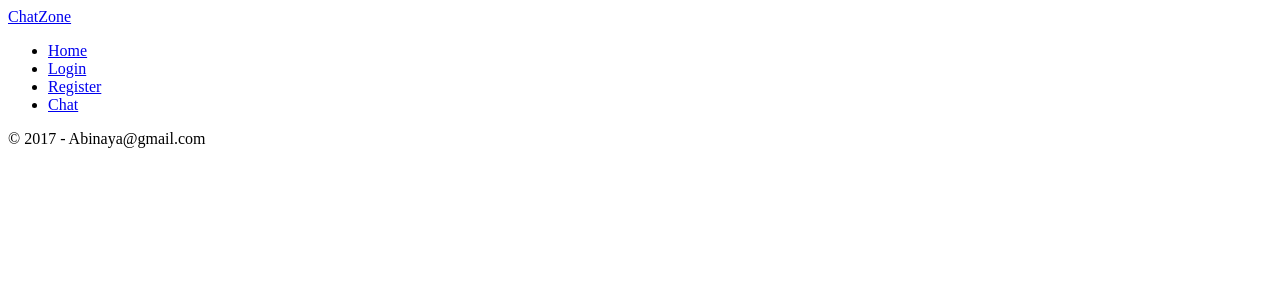
Repository: Abinayasivapraba/Finoculus
Page: LetzChat/WebContent/Home/Header.html
An editor plug-in stored every save of this project. The page is shown before and after the next save, followed by the edit.
The browser window is 1280 px wide. The pictures show the whole page.

Above is the page before, as saved 2017-08-06 14:31:26.

### LetzChat/WebContent/Home/Header.html
<!DOCTYPE html>
<html>
<head>
<meta charset="ISO-8859-1">
<title>Insert title here</title>
</head>
<body>

<nav class="navbar navbar-inverse">
  <div class="container-fluid">
    <div class="navbar-header">
      <a class="navbar-brand" href="#">ChatZone</a>
    </div>
    <ul class="nav navbar-nav">
      <li class="active"><a href="#/home">Home</a></li>
      <li ng-hide="currentuser.id"><a href="#/login">Login</a></li>

      <li><a href="#/goRegister">Register</a></li>
      <li><a href="#/chat">Chat</a></li>
      </ul>
      </div>
      </nav>


      <div class="footer">

<div class="navbar navbar-inverse navbar-fixed-bottom">
        <div class="container">
            <p class="navbar-text pull-left">© 2017 - Abinaya@gmail.com </p>
        </div>
    </div>
    </div>



</body>
</html>

After the next save:
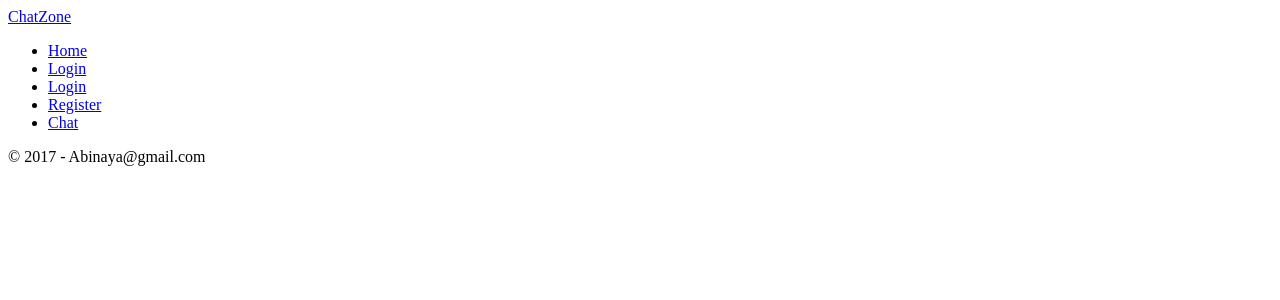
Saved 9 h 5 min later.
--- a/LetzChat/WebContent/Home/Header.html
+++ b/LetzChat/WebContent/Home/Header.html
@@ -14,6 +14,8 @@
     <ul class="nav navbar-nav">
       <li class="active"><a href="#/home">Home</a></li>
       <li ng-hide="currentuser.id"><a href="#/login">Login</a></li>
+      <li ng-hide="currentuser.id"><a href="#/login">Login</a></li>
+
 
       <li><a href="#/goRegister">Register</a></li>
       <li><a href="#/chat">Chat</a></li>
